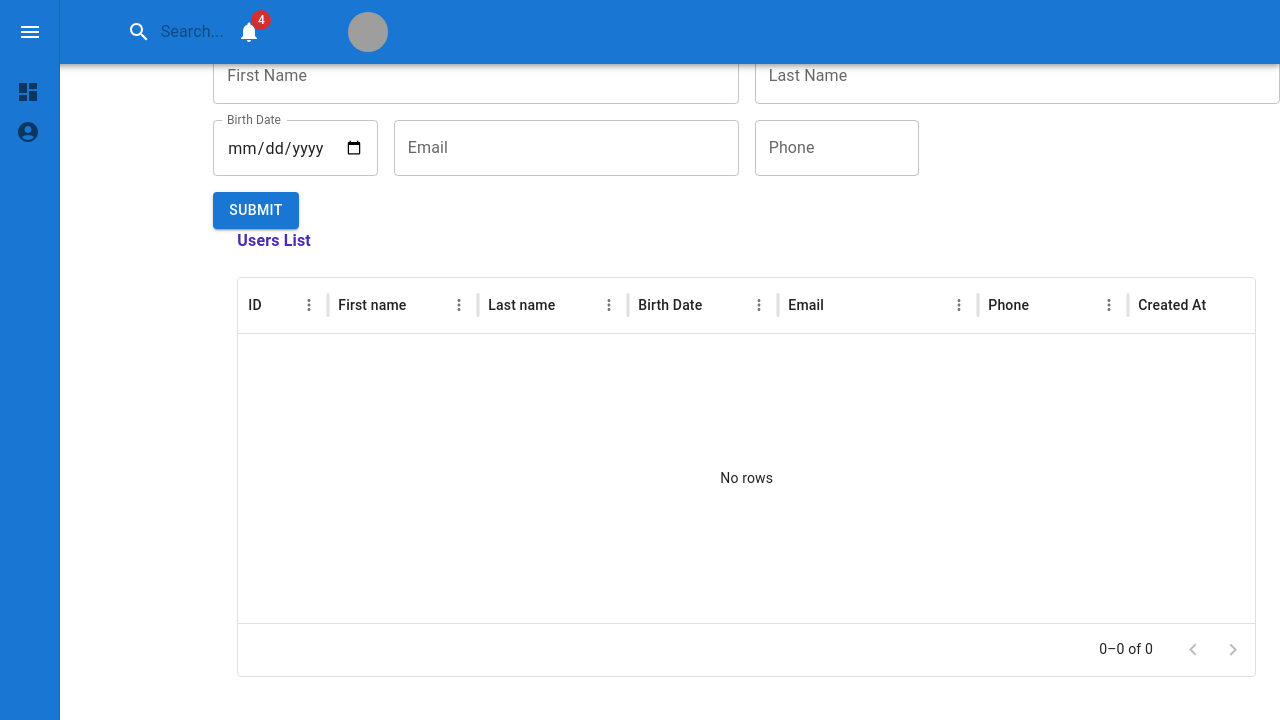
Repository: lenx0/front-client-manager
Page: /
The author's editor kept a copy of each file at every save. The page is drawn from the files as they stood at one save, then again after the next save.
The browser window is 1280 px wide. The pictures show the whole page.
Pictures or frames that could not be fetched are drawn as grey boxes. The page's requests for data from a server got no answer. The project was rebuilt for these pictures with package versions that can differ from the ones it lists, and the page was loaded fresh each time. No one was signed in, and anything a server would have sent is missing. Also part of the build but not shown: vite.config.js, src/App.css.

Above is the page before, as saved 2024-06-25 13:18:37.

After the next save:
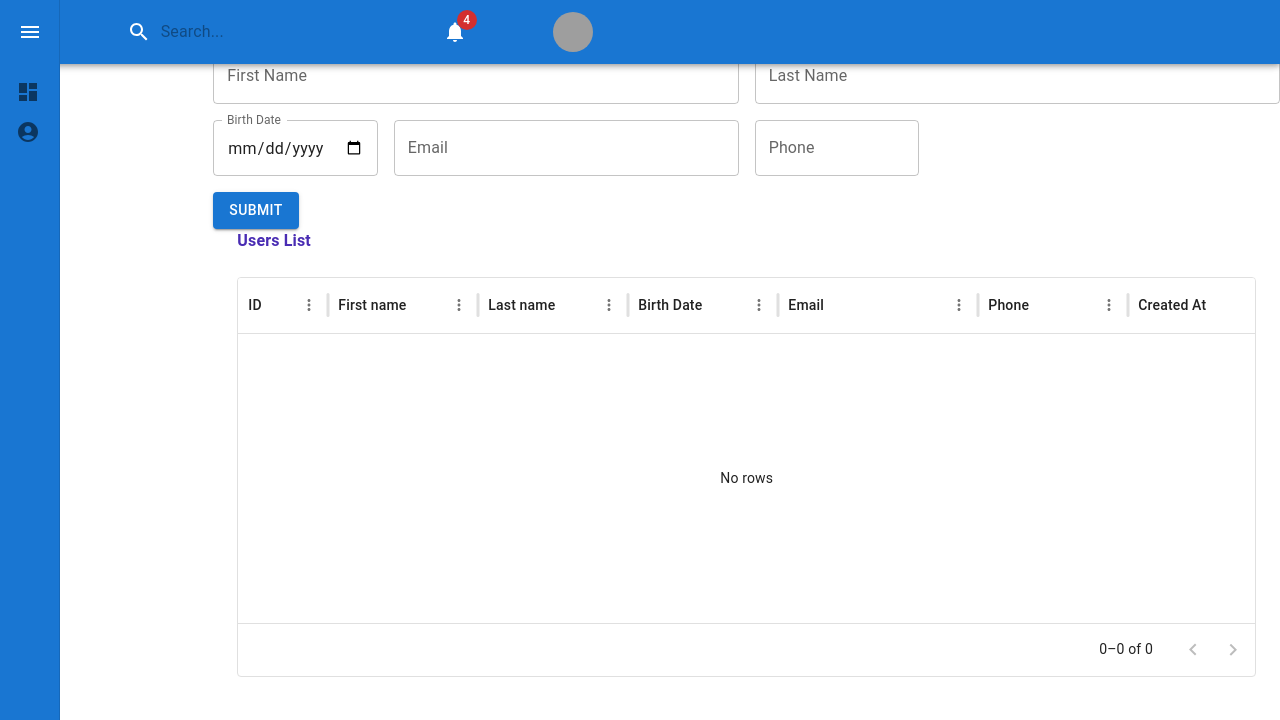
Saved 8 s later.
--- a/src/components/Layout/Header.jsx
+++ b/src/components/Layout/Header.jsx
@@ -17,7 +17,7 @@ const Header = () => {
               <MenuIcon />
             </IconButton>
           </Grid>
-          <Grid item xs={1}>
+          <Grid item xs={3}>
             <div style={{ display: 'flex', alignItems: 'center' }}>
               <SearchIcon style={{ marginRight: '10px' }} />
               <InputBase
